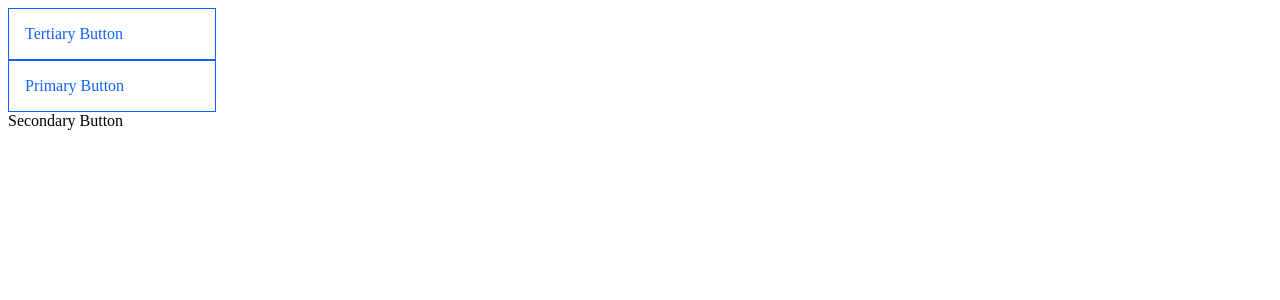
Repository: prav10194/ibm-carbon-components-vanilla
Page: buttons/index.html
These files come from the project's save history. The page is drawn as it stood at one moment and after the next save; the edit follows.
The browser window is 1280 px wide. The pictures show the whole page.
Some web fonts or font styles are not loaded; a fallback is used.

Above is the page before, as saved 2020-11-12 19:25:19.

After the next save:
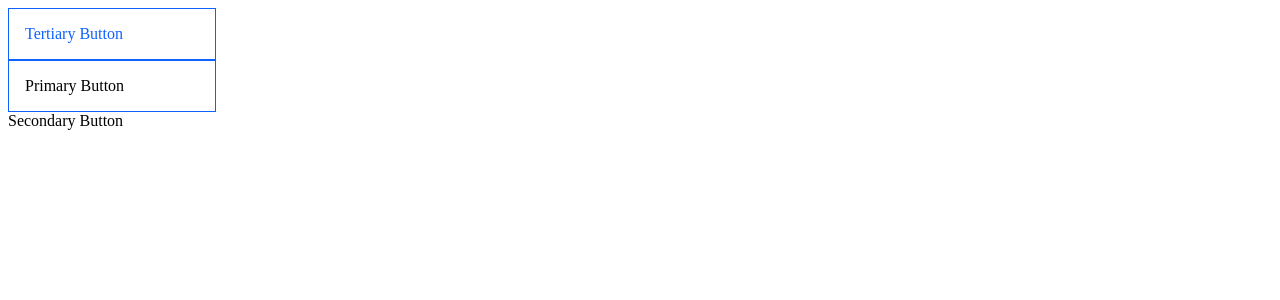
Saved 14 s later.
--- a/buttons/index.css
+++ b/buttons/index.css
@@ -16,7 +16,6 @@
 .primary-button {
     font-size: 1rem;
     border: 1px solid #0f62fe;
-    color: #0f62fe;
     padding: 1rem 4rem 1rem 1rem;
     width: 10%;
     font-family: IBM Plex Sans;
